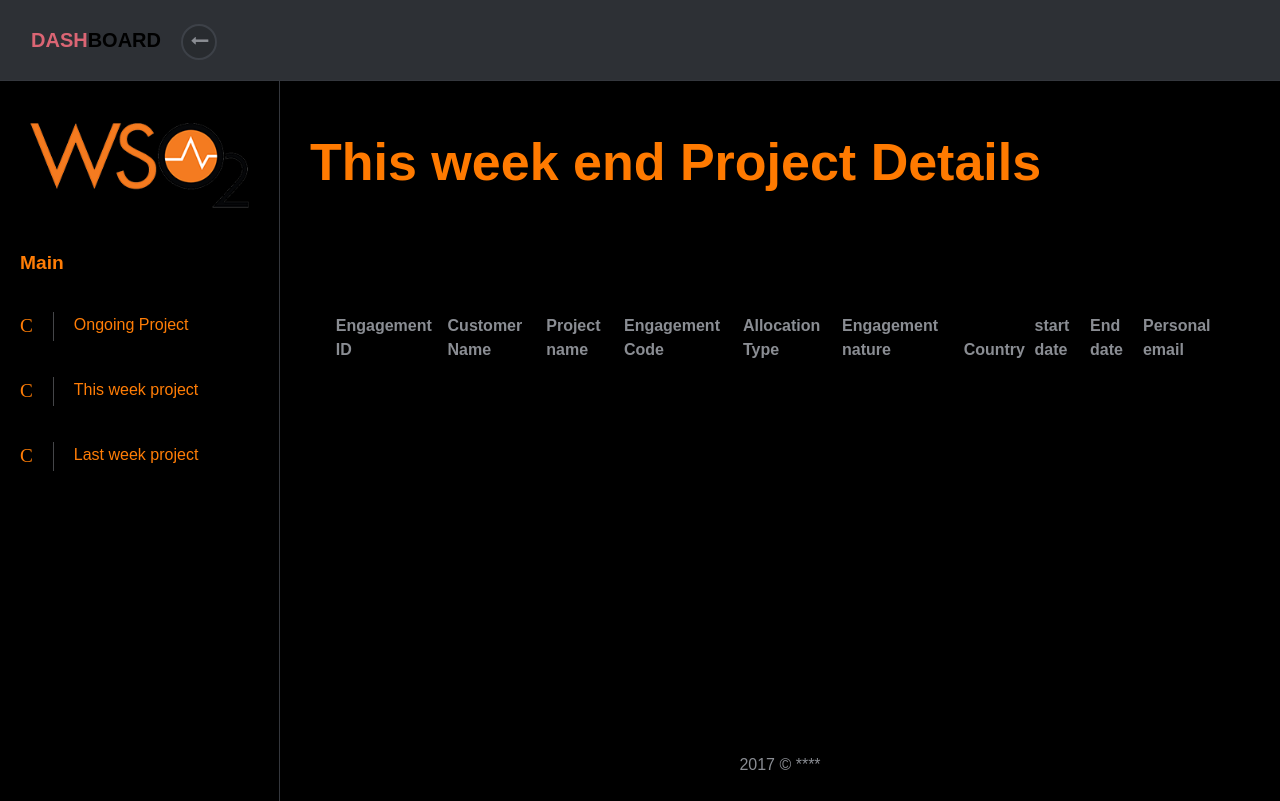
Repository: tharmini/engagement
Page: http://localhost/wproject/WEB-INF/views/ThisweekprojectView.jsp
The author's editor kept a copy of each file at every save. The page is drawn from the files as they stood at one save, then again after the next save.
The browser window is 1280 px wide. The pictures show the whole page.
Some web fonts or font styles are not loaded; a fallback is used. Some web libraries are served in a nearby version. The page is served by Tomcat 9. Nobody is signed in. Other server files are loaded and not shown. The template is opened directly, without the code that normally fills it, so the values that code supplies are empty.

Above is the page before, as saved 2018-01-05 09:28:52.

### project (5)/wproject/WebContent/WEB-INF/views/ThisweekprojectView.jsp
<%@ page language="java" contentType="text/html; charset=UTF-8"
 pageEncoding="UTF-8"%>
<%@ taglib uri="http://java.sun.com/jsp/jstl/core" prefix="c" %>
<!DOCTYPE html>
<html>
  <head>
    <meta charset="utf-8">
    <meta http-equiv="X-UA-Compatible" content="IE=edge">
    <title></title>
    <meta name="description" content="">
    <meta name="viewport" content="width=device-width, initial-scale=1">
    <meta name="robots" content="all,follow">
    <!-- Bootstrap CSS-->
    <link rel="stylesheet" href="vendor/bootstrap/css/bootstrap.min.css">
    <!-- Font Awesome CSS-->
    <link rel="stylesheet" href="vendor/font-awesome/css/font-awesome.min.css">
    <!-- Custom Font Icons CSS-->
    <link rel="stylesheet" href="css/font.css">
    <!-- Google fonts - Muli-->
    <link rel="stylesheet" href="https://fonts.googleapis.com/css?family=Muli:300,400,700">
    <!-- theme stylesheet-->
    <link rel="stylesheet" href="css/style.default.css" id="theme-stylesheet">
    <!-- Custom stylesheet - for your changes-->
    <link rel="stylesheet" href="css/custom.css">
    <!-- Favicon-->
    <link rel="shortcut icon" href="WebContent/WEB-INF/views/dark-admin/img/WSO2_Software_Logo.png">
    <!-- Tweaks for older IEs--><!--[if lt IE 9]>
        <script src="https://oss.maxcdn.com/html5shiv/3.7.3/html5shiv.min.js"></script>
        <script src="https://oss.maxcdn.com/respond/1.4.2/respond.min.js"></script><![endif]-->
  </head>
  <body>
    <header class="header">
      <nav class="navbar navbar-expand-lg">


        <div class="container-fluid d-flex align-items-center justify-content-between">
          <div class="navbar-header"><a href="index.html" class="navbar-brand">
              <div class="brand-text brand-big visible text-uppercase"><strong class="text-primary">DASH</strong><strong>BOARD</strong></div>
              <div class="brand-text brand-sm"><strong class="text-primary">D</strong><strong>B</strong></div></a>
            <button class="sidebar-toggle"><i class="fa fa-long-arrow-left"></i></button>
          </div>


        </div>
      </nav>
    </header>

    <div class="d-flex align-items-stretch">
      <!-- Sidebar Navigation-->
      <nav id="sidebar">
        <div class="sidebar-header d-flex align-items-center">
          <div><img src="img/WSO2_Software_Logo.png" alt="..." class="img-fluid"></div>


        </div>

		<span class="heading">Main</span>
        <ul class="list-unstyled">
                <li><a href="${pageContext.request.contextPath}/engagementList"> <i class="icon-page"></i>Ongoing Project  </a></li>
                <li><a href="${pageContext.request.contextPath}/Thisweekproject"> <i class="icon-page"></i>This week project </a></li>
                <li><a href="${pageContext.request.contextPath}/Lastweekproject"> <i class="icon-page"></i>Last week project </a></li>



      </nav>
      <div class="page-content">


        <div class="page-header">
          <div class="container-fluid">
		  <h2 class="h5 no-margin-bottom">

           This week end Project Details</h2>
          </div>
        </div>
                <section class="no-padding-top">
          <div class="container-fluid">
            <div class="row">

              <div class="col-lg-12">
			  <p style="color: orange;">${errorString}</p>
                <div class="block  table-responsive">

                  <table class="table table-striped table-sm">
                    <thead>
                      <tr>
          <th>Engagement ID</th>
          <th>Customer Name</th>

          <th>Project name</th>
          <th>Engagement Code</th>
          <th>Allocation Type</th>
          <th>Engagement nature</th>
          <th>Country</th>
          <th>start date</th>
          <th>End date</th>
          <th>Personal email</th>


       </tr>
       <c:forEach items="${engagementList3}" var="engagement" >
          <tr>
             <td>${engagement.getId()}</td>
             <td>${engagement.getCustomer_name()}</td>

             <td>${engagement.getProject_name()}</td>
             <td>${engagement.getEngagement_code()}</td>
             <td>${engagement.getAllocation_type2()}</td>
             <td>${engagement.getEngagement_nature()}</td>
             <td>${engagement.getCountry()}</td>
             <td>${engagement.getStart_date()}</td>
             <td>${engagement.getEnd_date()}</td>
             <td>${engagement.person_email()}</td>

          </tr>
				   </c:forEach>
                    </tbody>
                  </table>
                </div>
              </div>
            </div>
          </div>
        </section>
        <footer class="footer">
          <div class="footer__block block no-margin-bottom">
            <div class="container-fluid text-center">
              <!-- Please do not remove the backlink to us unless you support us at https://bootstrapious.com/donate. It is part of the license conditions. Thank you for understanding :)-->
              <p class="no-margin-bottom">2017 &copy; **** </p>
            </div>
          </div>
        </footer>
      </div>
    </div>
    <!-- Javascript files-->
    <script src="https://code.jquery.com/jquery-3.2.1.min.js"></script>
    <script src="https://cdnjs.cloudflare.com/ajax/libs/popper.js/1.11.0/umd/popper.min.js"> </script>
    <script src="vendor/bootstrap/js/bootstrap.min.js"></script>
    <script src="vendor/jquery.cookie/jquery.cookie.js"> </script>
    <script src="vendor/chart.js/Chart.min.js"></script>
    <script src="js/charts-home.js"></script>
    <script src="js/front.js"></script>
  </body>
</html>

### project (5)/wproject/WebContent/css/font.css
@charset "UTF-8";

@font-face {
  font-family: "dark-dashboard";
  src:url("../fonts/dark-dashboard.eot");
  src:url("../fonts/dark-dashboard.eot?#iefix") format("embedded-opentype"),
    url("../fonts/dark-dashboard.woff") format("woff"),
    url("../fonts/dark-dashboard.ttf") format("truetype"),
    url("../fonts/dark-dashboard.svg#dark-dashboard") format("svg");
  font-weight: normal;
  font-style: normal;

}

[data-icon]:before {
  font-family: "dark-dashboard" !important;
  content: attr(data-icon);
  font-style: normal !important;
  font-weight: normal !important;
  font-variant: normal !important;
  text-transform: none !important;
  speak: none;
  line-height: 1;
  -webkit-font-smoothing: antialiased;
  -moz-osx-font-smoothing: grayscale;
}

[class^="icon-"]:before,
[class*=" icon-"]:before {
  font-family: "dark-dashboard" !important;
  font-style: normal !important;
  font-weight: normal !important;
  font-variant: normal !important;
  text-transform: none !important;
  speak: none;
  line-height: 1;
  -webkit-font-smoothing: antialiased;
  -moz-osx-font-smoothing: grayscale;
}

.icon-bars:before {
  content: "\61";
}
.icon-cloud:before {
  content: "\62";
}
.icon-computer:before {
  content: "\63";
}
.icon-contract:before {
  content: "\64";
}
.icon-controls:before {
  content: "\65";
}
.icon-dashboard:before {
  content: "\66";
}
.icon-email:before {
  content: "\67";
}
.icon-info:before {
  content: "\69";
}
.icon-layers:before {
  content: "\6a";
}
.icon-light-bulb:before {
  content: "\6b";
}
.icon-paper-and-pencil:before {
  content: "\6c";
}
.icon-pie-chart:before {
  content: "\6d";
}
.icon-pie-chart-1:before {
  content: "\6e";
}
.icon-presentation:before {
  content: "\6f";
}
.icon-settings:before {
  content: "\70";
}
.icon-settings-1:before {
  content: "\71";
}
.icon-three-cells:before {
  content: "\72";
}
.icon-writing-whiteboard:before {
  content: "\73";
}
.icon-magnifying-glass-browser:before {
  content: "\74";
}
.icon-new-file:before {
  content: "\75";
}
.icon-close:before {
  content: "\76";
}
.icon-flask:before {
  content: "\77";
}
.icon-grid:before {
  content: "\78";
}
.icon-picture:before {
  content: "\79";
}
.icon-website:before {
  content: "\7a";
}
.icon-line-chart:before {
  content: "\41";
}
.icon-log-out:before {
  content: "\42";
}
.icon-page:before {
  content: "\43";
}
.icon-log-out-1:before {
  content: "\44";
}
.icon-bill:before {
  content: "\45";
}
.icon-check:before {
  content: "\46";
}
.icon-list:before {
  content: "\47";
}
.icon-padnote:before {
  content: "\48";
}
.icon-pencil-case:before {
  content: "\49";
}
.icon-user:before {
  content: "\4a";
}
.icon-form-1:before {
  content: "\4b";
}
.icon-list-1:before {
  content: "\4c";
}
.icon-mail:before {
  content: "\4d";
}
.icon-presentation-1:before {
  content: "\4e";
}
.icon-logout:before {
  content: "\4f";
}
.icon-home:before {
  content: "\50";
}
.icon-windows:before {
  content: "\51";
}
.icon-chart:before {
  content: "\52";
}
.icon-repo-forked:before {
  content: "\68";
}
.icon-flow-branch:before {
  content: "\53";
}
.icon-user-outline:before {
  content: "\54";
}
.icon-user-1:before {
  content: "\55";
}

Loaded but not shown: project (5)/wproject/WebContent/css/custom.css (common file); project (5)/wproject/WebContent/js/charts-home.js (650 lines, source omitted); project (5)/wproject/WebContent/js/front.js (116 lines, source omitted); project (5)/wproject/WebContent/css/style.default.css (3181 lines, source omitted)

After the next save:
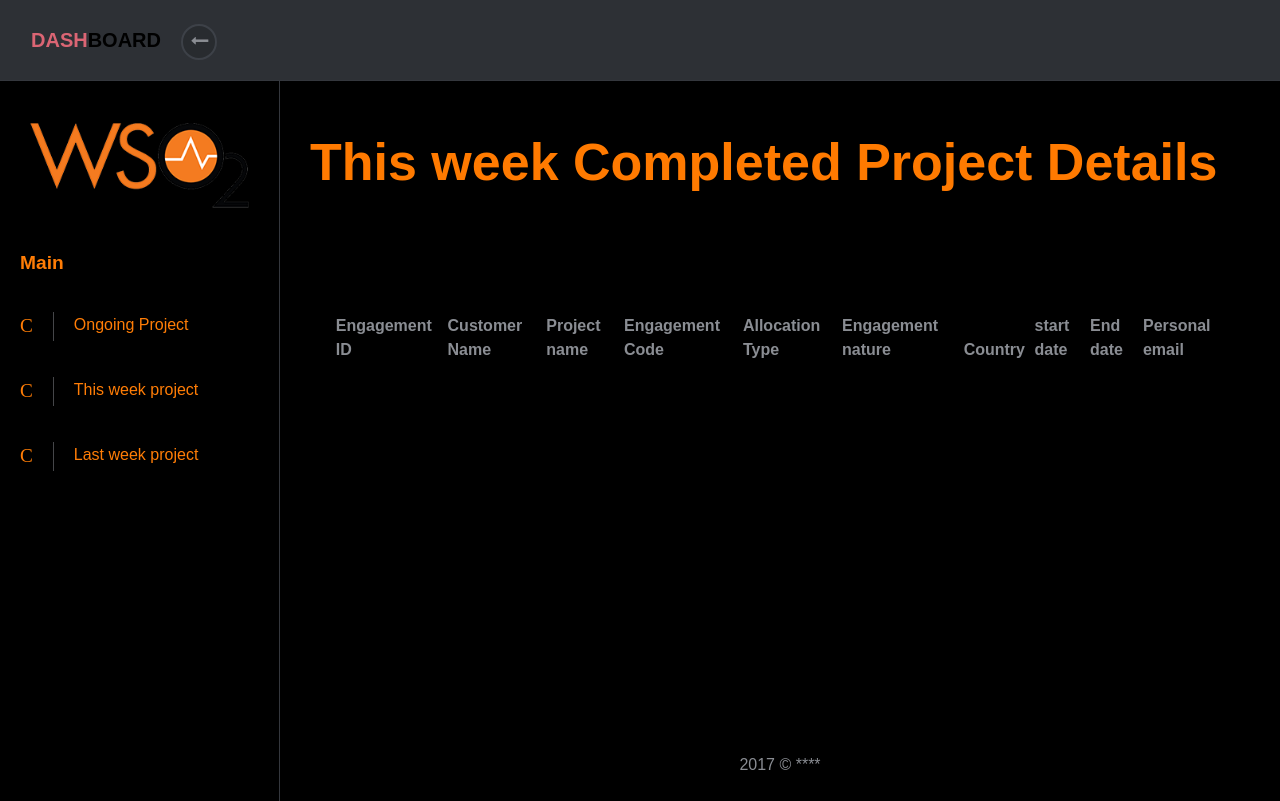
Saved 24 s later.
--- a/project (5)/wproject/WebContent/WEB-INF/views/ThisweekprojectView.jsp
+++ b/project (5)/wproject/WebContent/WEB-INF/views/ThisweekprojectView.jsp
@@ -70,7 +70,7 @@
           <div class="container-fluid">
 		  <h2 class="h5 no-margin-bottom">
 
-           This week end Project Details</h2>
+           This week Completed Project Details</h2>
           </div>
         </div>
                 <section class="no-padding-top">
